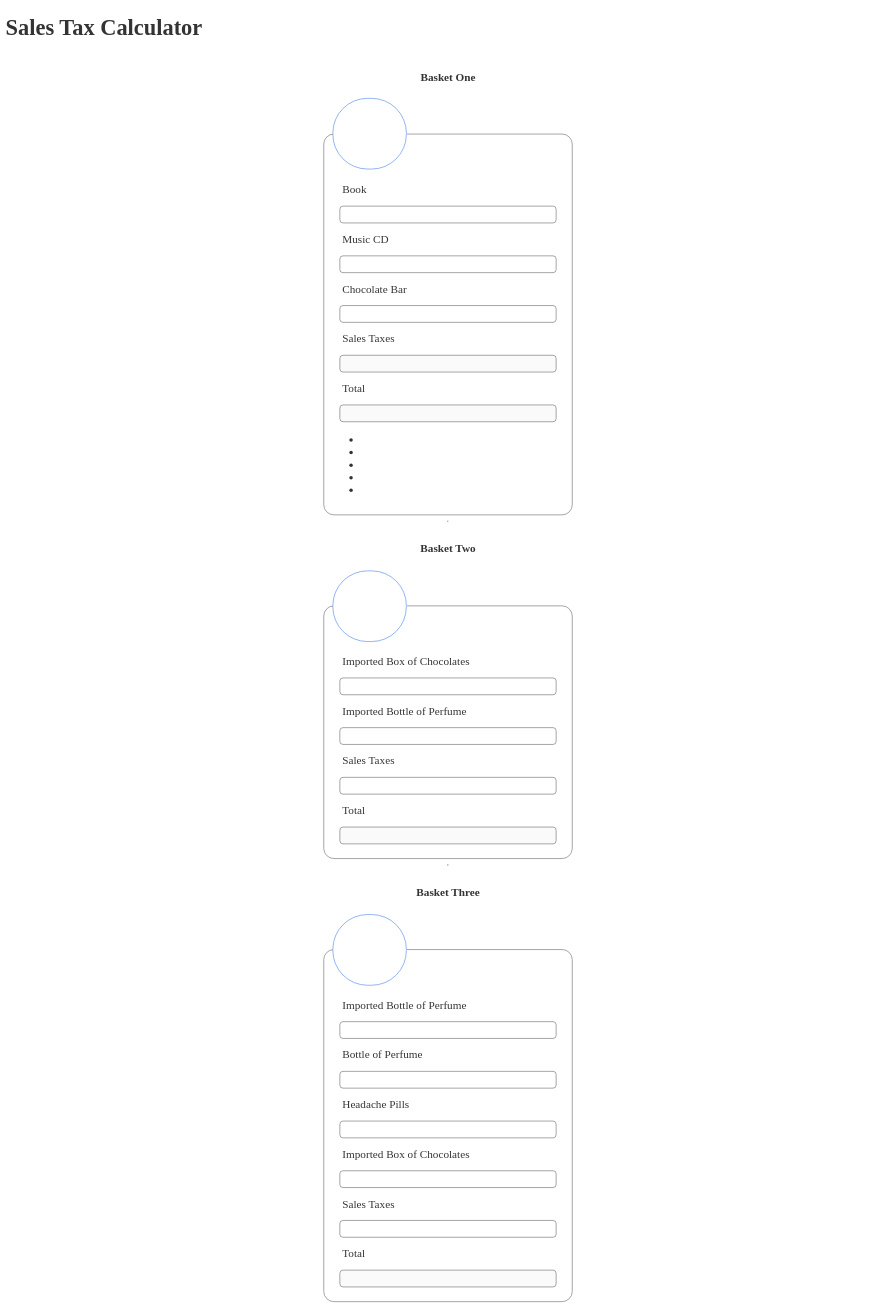
Repository: duzzisantos/sales-tax
Page: index.html
These files come from the project's save history. The page is drawn as it stood at one moment and after the next save; the edit follows.
The browser window is 1280 px wide. The pictures show the whole page, at 70% of full size.

Above is the page before, as saved 2022-05-25 21:38:39.

After the next save:
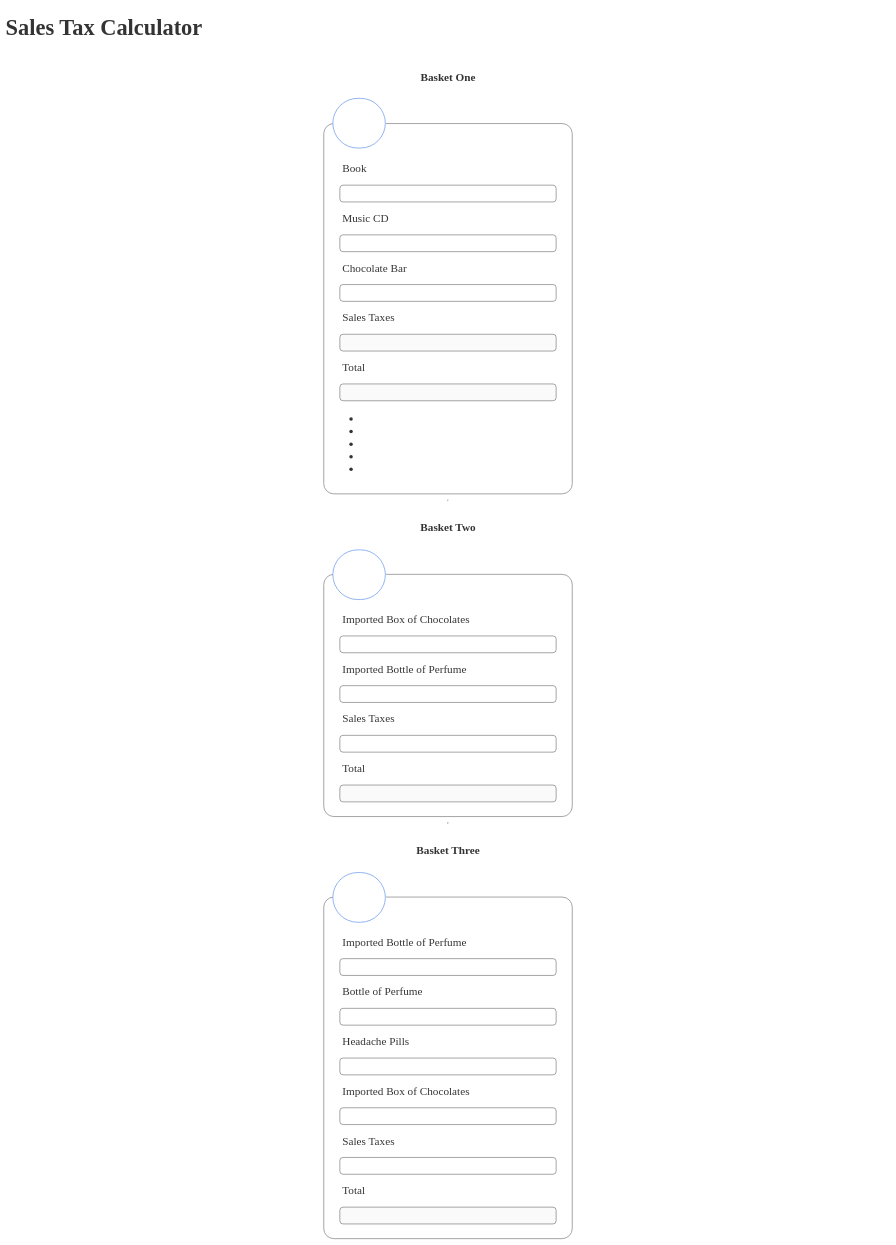
Saved 27 s later.
--- a/style.css
+++ b/style.css
@@ -18,8 +18,8 @@ fieldset{
 }
 
 legend{
-    height: 100px;
-    width: 100px;
+    height: 70px;
+    width: 70px;
     border: 1px solid cornflowerblue;
     border-radius: 50px;
 }
